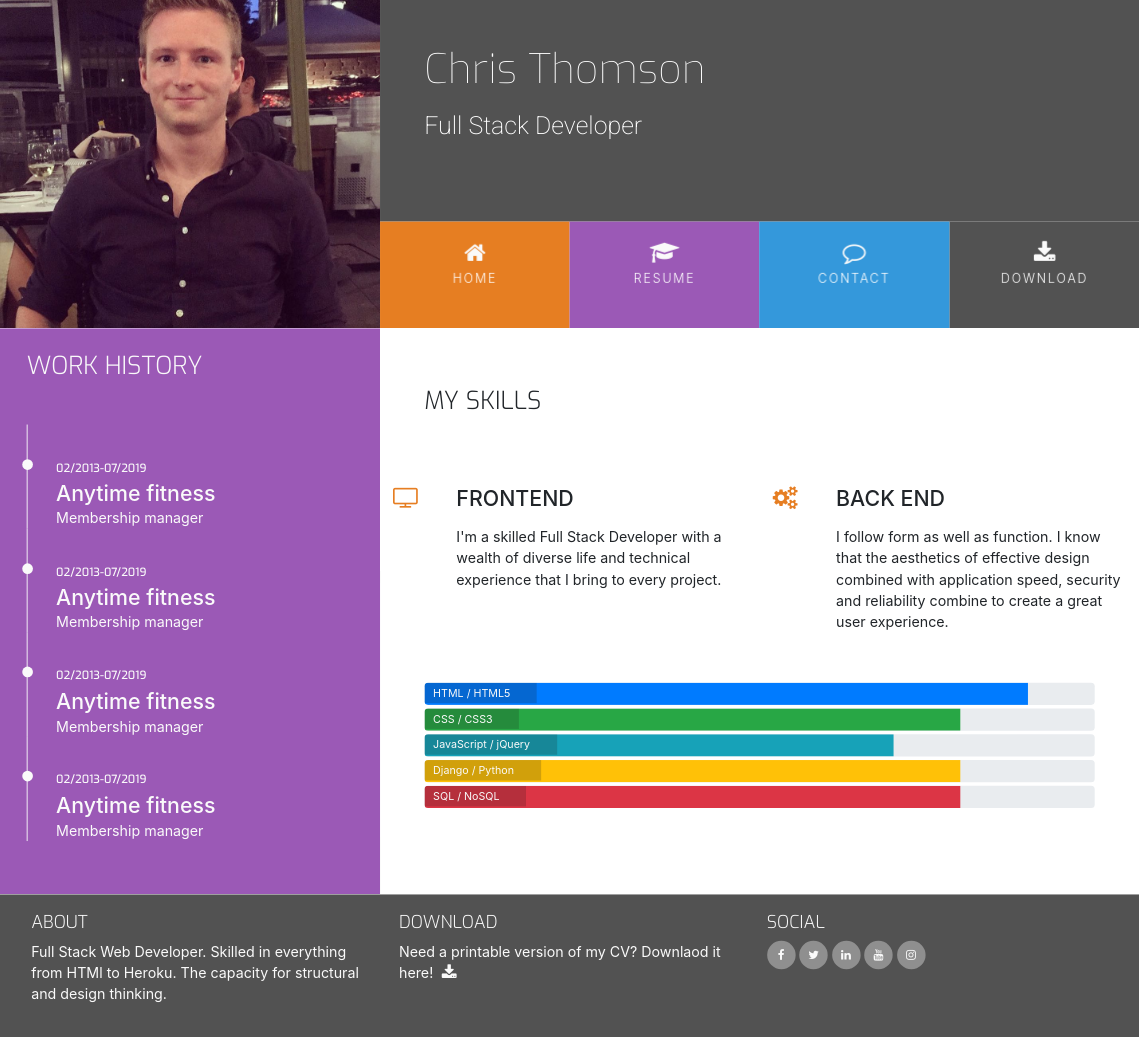
Repository: cthoms1993/Resume
Page: resume.html
The author's editor kept a record of every edit. The page is drawn from the files as they stood at one moment, then again after the next edit.
The browser window is 1280 px wide. The pictures show the whole page, at 89% of full size.

Above is the page before.

After the next edit:
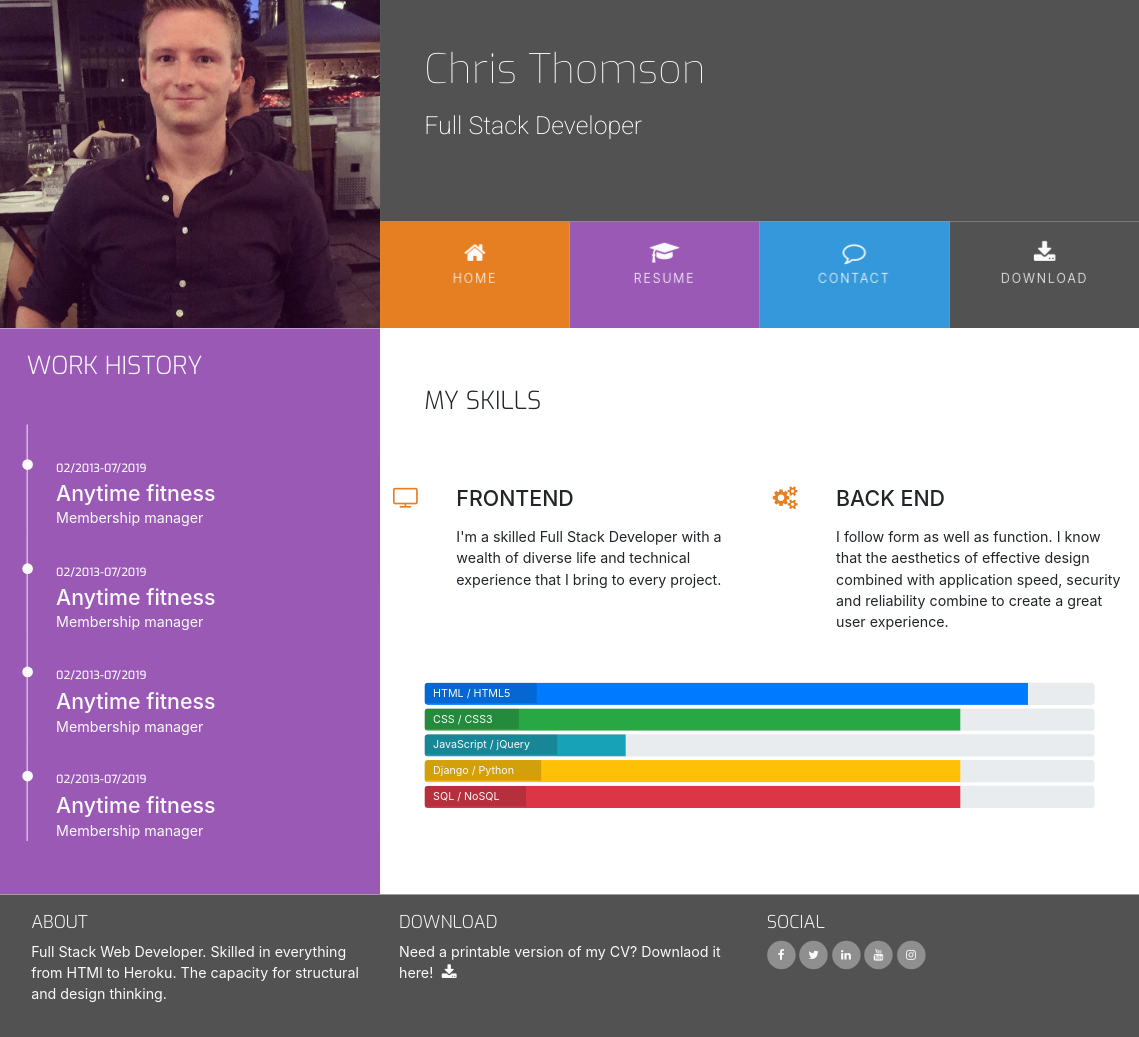
The edit:
--- a/resume.html
+++ b/resume.html
@@ -121,8 +121,8 @@
                             <span class="progress-type">CSS / CSS3</span>
                         </div>
                         <div class="progress">
-                            <div class="progress-bar bg-info" role="progressbar" aria-valuenow="70" aria-valuemin="0" aria-valuemax="100" style="width:70%;">
-                                <span class="sr-only">70% complete</span>
+                            <div class="progress-bar bg-info" role="progressbar" aria-valuenow="70" aria-valuemin="0" aria-valuemax="100" style="width:30%;">
+                                <span class="sr-only">30% complete</span>
                             </div>
                             <span class="progress-type">JavaScript / jQuery</span>
                         </div>
